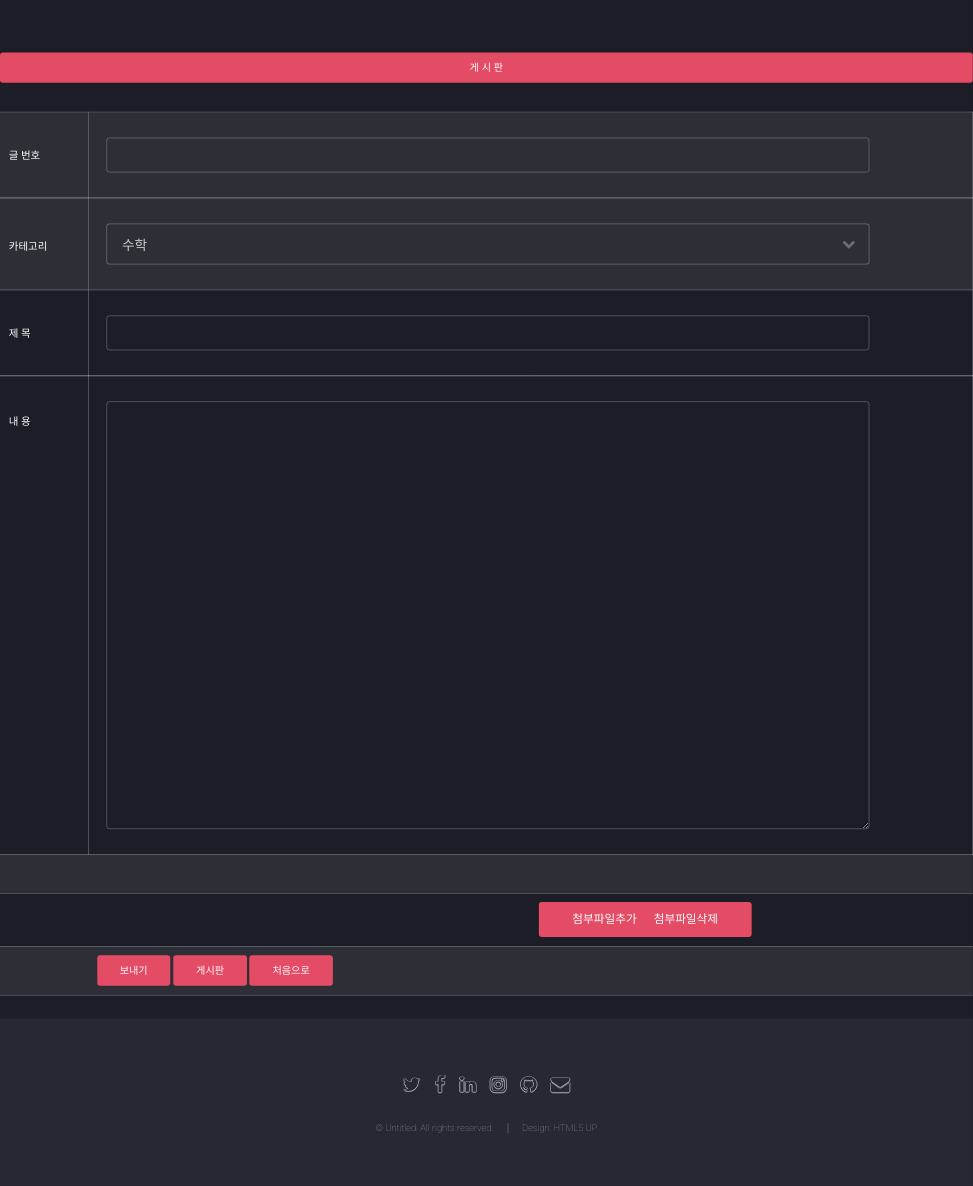
Repository: worMholEamkim/SpringEX
Page: http://localhost/bbs/bbsupdate.do
These files come from the project's save history. The page is drawn as it stood at one moment and after the next save; the edit follows.
The browser window is 1280 px wide. The pictures show the whole page, at 76% of full size.
The page is served by Tomcat 9. Queries for data that is not in the repository find no rows.

Above is the page before, as saved 2019-03-18 05:27:41.

After the next save:
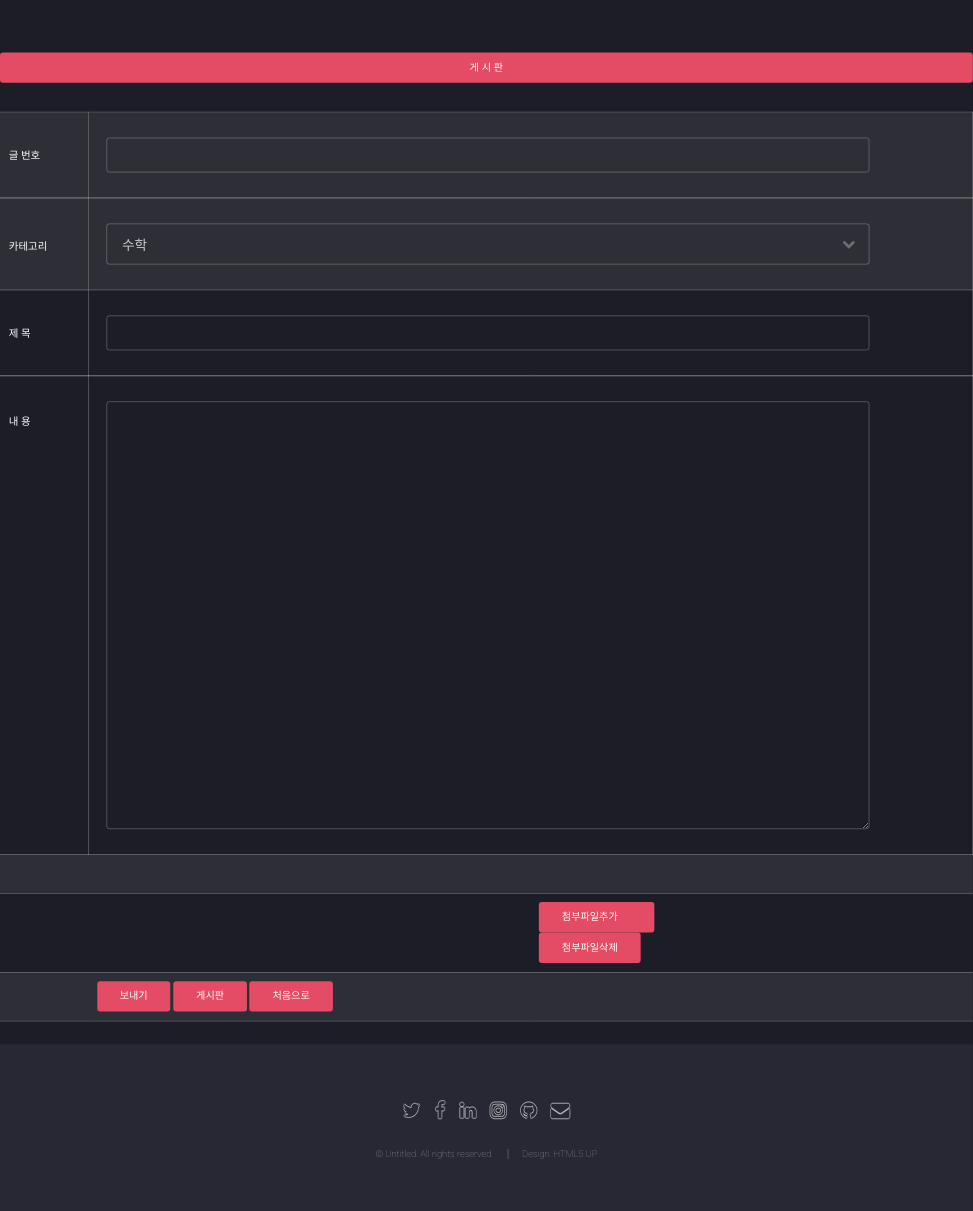
Saved 94 s later.
--- a/JSP_WepPage_Server-master.zip_expanded/JSP_WepPage_Server-master/bbs/WebContent/WEB-INF/bbsupdate.jsp
+++ b/JSP_WepPage_Server-master.zip_expanded/JSP_WepPage_Server-master/bbs/WebContent/WEB-INF/bbsupdate.jsp
@@ -177,11 +177,15 @@
 						<td colspan="2"></td>
 
 						<td colspan="2">
-						<div class="button primary" style="width: 50%;">
+						<div style="width: 50%;">
 						<input type="hidden" id="file_cnt"
 							name="file_cnt" value="1" style="">
-							<a href="javascript:file_add(50, 'class=input_write');"><b>첨부파일추가</b></a>&nbsp;&nbsp;&nbsp;&nbsp;&nbsp;
-							<a href="javascript:file_delete();"><b>첨부파일삭제</b></a>
+							<button class="button primary">
+								<a href="javascript:file_add(50, 'class=input_write');"><b>첨부파일추가</b></a>&nbsp;&nbsp;&nbsp;&nbsp;&nbsp;
+							</button>
+							<button class="button primary">
+								<a href="javascript:file_delete();"><b>첨부파일삭제</b></a>
+							</button>
 						</div>
 						</td>
 					</tr>
